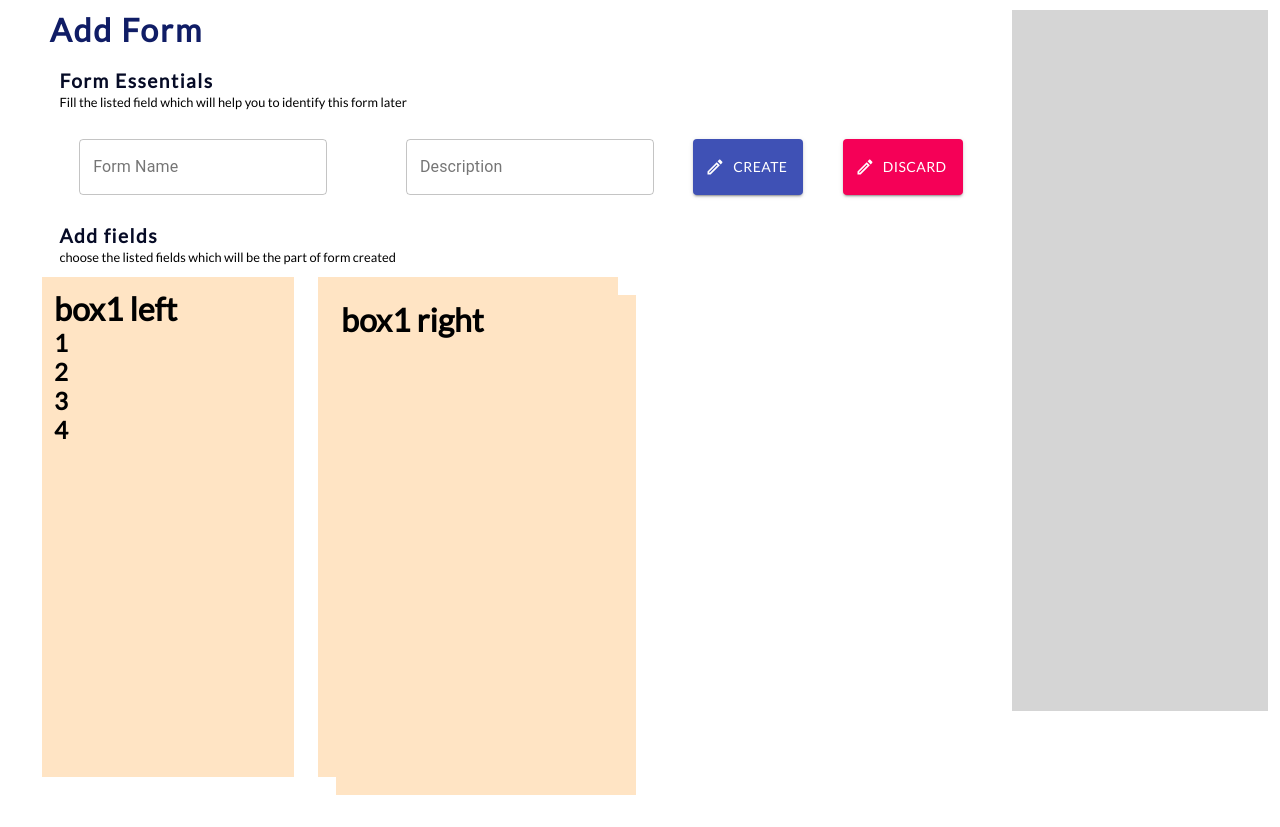
Repository: Architjain128/df
Page: /add
The author's editor kept a copy of each file at every save. The page is drawn from the files as they stood at one save, then again after a run of saves.
The browser window is 1280 px wide. The pictures show the whole page.
The project was rebuilt for these pictures with package versions that can differ from the ones it lists, and the page was loaded fresh each time. Also part of the build but not shown: src/App.css, src/dftable.js, src/dataForm.js.

Above is the page before, as saved 2021-06-26 02:48:26.

After the next 2 saves:
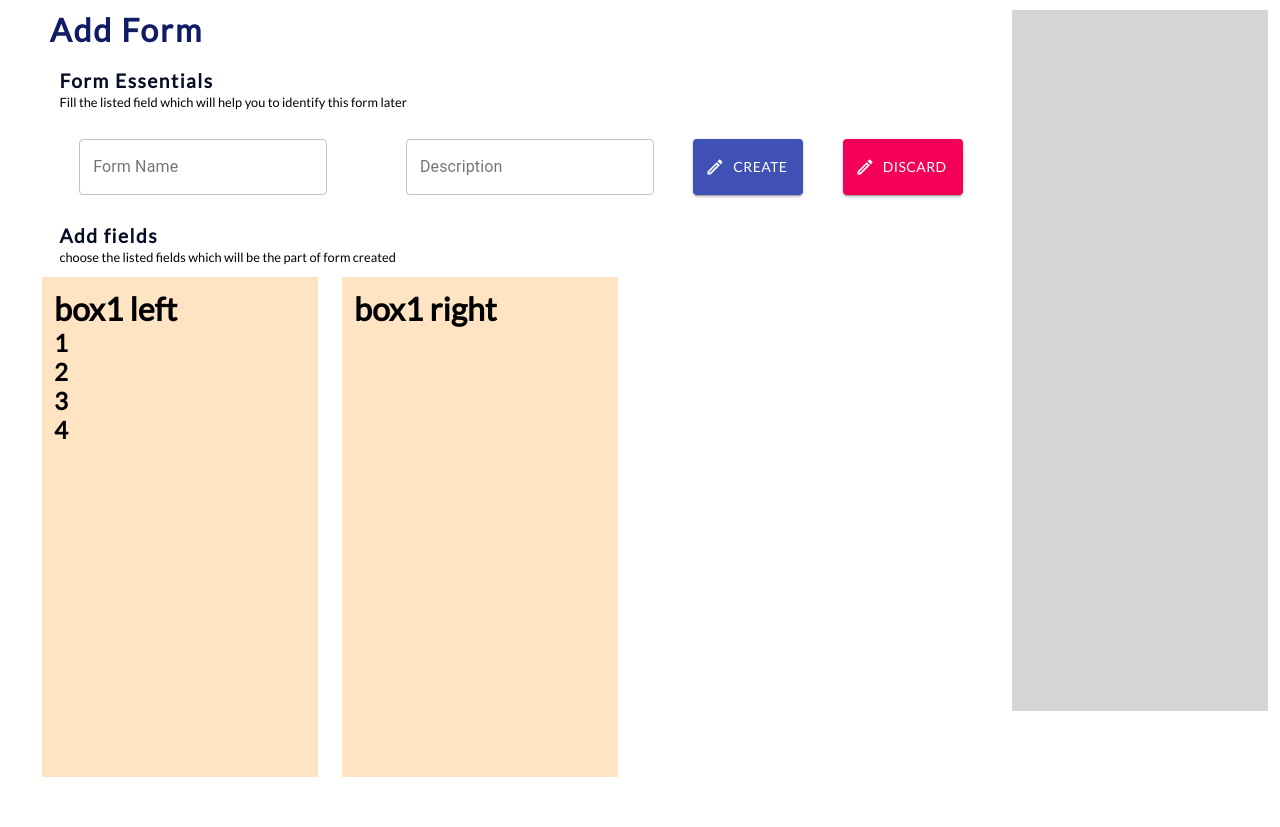
The 2 saves are shown as one change because they came seconds apart.
The last was saved 6 s later.
--- a/src/addDataForm.js
+++ b/src/addDataForm.js
@@ -132,7 +132,7 @@ class AddDataForm extends Component{
                                             </div>
                                         </div>
                                         <div className="sort-box">
-                                            <div id="sortable-1-right" className="sort-box-1">
+                                            <div id="sortable-1-right" className="sort-subbox">
                                                 <h1>box1 right</h1>
                                             </div>
                                         </div>
